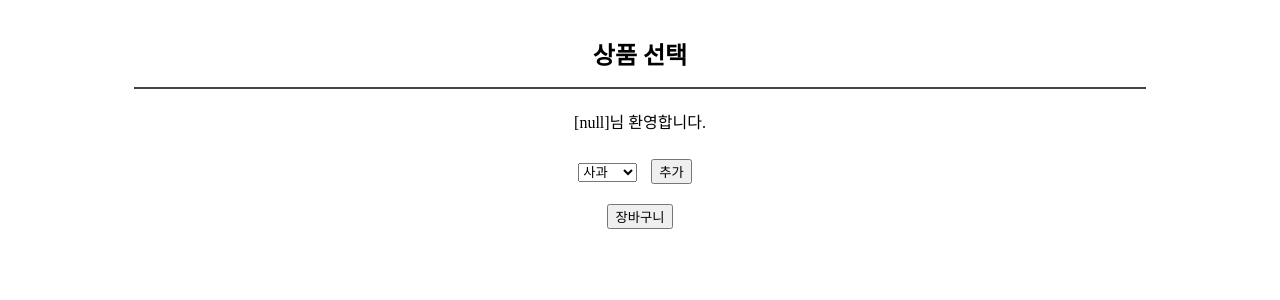
Repository: Leesuhwan1445/jspworks
Page: http://localhost/jweb01/cart/selProduct.jsp
An editor plug-in stored every save of this project. The page is shown before and after the next save, followed by the edit.
The browser window is 1280 px wide. The pictures show the whole page.
The page is served by Tomcat 10. Other server files are loaded and not shown.

Above is the page before, as saved 2025-10-13 04:06:59.

### jweb01/src/main/webapp/cart/selProduct.jsp
<%@ page language="java" contentType="text/html; charset=UTF-8"
    pageEncoding="UTF-8"%>
<!DOCTYPE html>
<html>
<head>
<meta charset="UTF-8">
<title>Insert title here</title>
<link rel="stylesheet" href="../resources/css/style.css">
</head>
<%
	//입력된 이름 받아오기
	String name = request.getParameter("username");

	//세션발급
	session.setAttribute("sessionName", name);
%>
<body>
	<section id = "container">
	<h2>상품 선택</h2>
	<p>[<%=session.getAttribute("sessionName") %>]님 환영합니다.</p>
	<form action = "addProduct.jsp" method = "post">

		<select name="product">
		<option value = "사과">사과</option>
		<option value = "바나나">바나나</option>
		<option value = "포도">포도</option>
		</select>
		<button type = "submit">추가</button>
	</form>
	<button type = "submit">장바구니</button>
	</section>
</body>
</html>

### jweb01/src/main/webapp/resources/css/style.css
@charset "UTF-8";

#container{width: 80%; margin: 0 auto; text-align: center;}
h2{border-bottom: 2px solid #444; padding: 16px;}
button{margin: 10px}

After the next save:
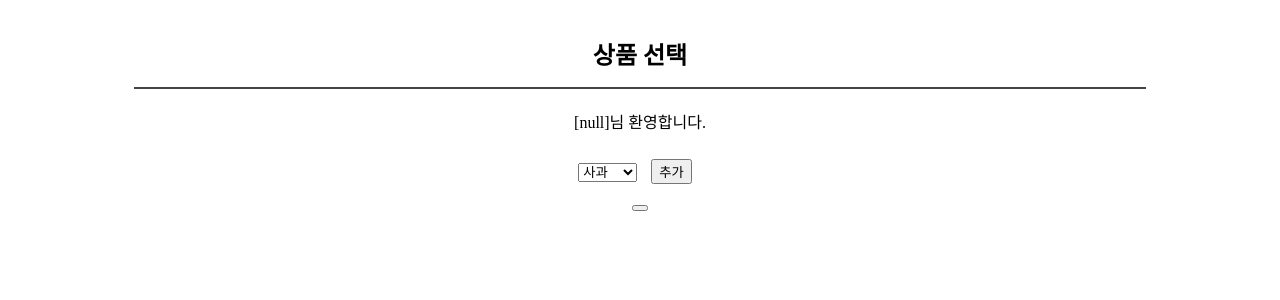
Saved 41 s later.
--- a/jweb01/src/main/webapp/cart/selProduct.jsp
+++ b/jweb01/src/main/webapp/cart/selProduct.jsp
@@ -27,7 +27,7 @@
 		</select>
 		<button type = "submit">추가</button>
 	</form>
-	<button type = "submit">장바구니</button>
+	<button type = "submit"><link href = "http://localhost:8080/jweb01/cart/cart.jsp"></button>
 	</section>
 </body>
 </html>

After the 2 saves that followed:
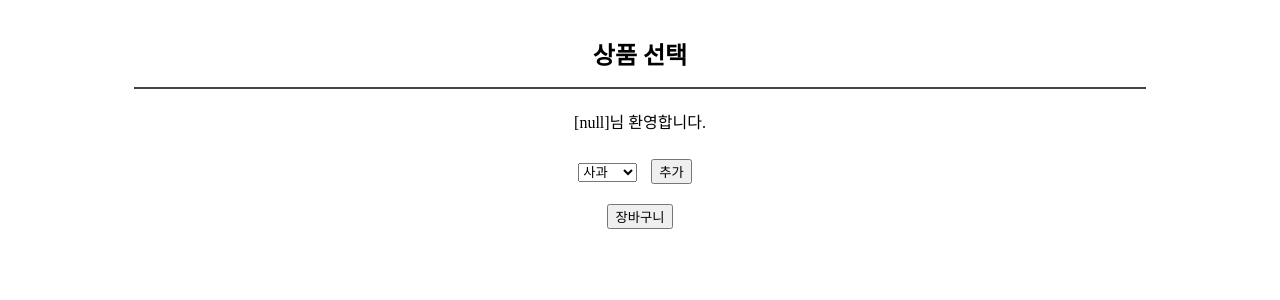
The 2 saves are shown as one change because 1 left the picture as it was.
The last was saved 37 s later.
--- a/jweb01/src/main/webapp/cart/selProduct.jsp
+++ b/jweb01/src/main/webapp/cart/selProduct.jsp
@@ -27,7 +27,7 @@
 		</select>
 		<button type = "submit">추가</button>
 	</form>
-	<button type = "submit"><link href = "http://localhost:8080/jweb01/cart/cart.jsp"></button>
+	<button type = "submit" link = "http://localhost:8080/jweb01/cart/cart.jsp">장바구니</button>
 	</section>
 </body>
 </html>
